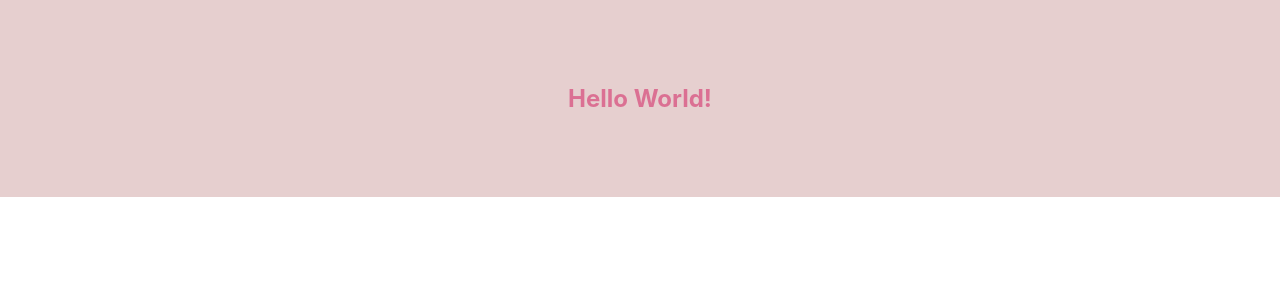
Repository: luizdanielmlima/my-website-react
Page: /
These files come from the project's save history. The page is drawn as it stood at one moment and after the next save; the edit follows.
The browser window is 1280 px wide. The pictures show the whole page.
The project was rebuilt for these pictures with package versions that can differ from the ones it lists, and the page was loaded fresh each time. Also part of the build but not shown: src/App.css.

Above is the page before, as saved 2023-01-31 16:21:36.

After the next save:
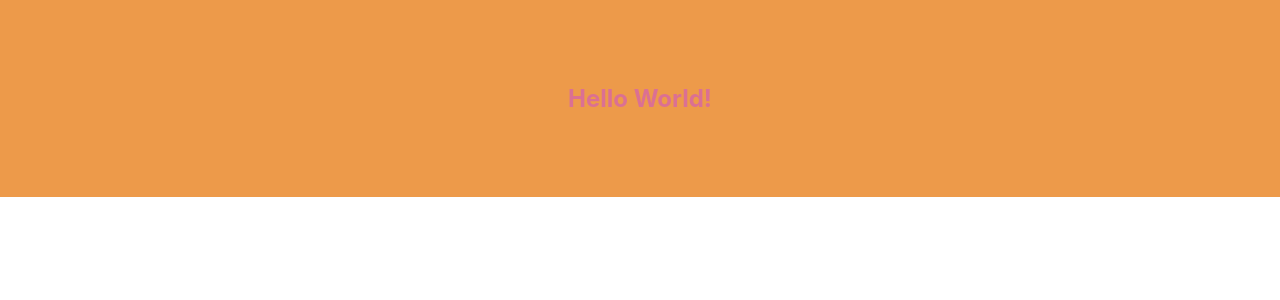
Saved 3 min 29 s later.
--- a/src/App.tsx
+++ b/src/App.tsx
@@ -5,7 +5,13 @@
 
 const websiteTheme = {
   colors: {
-    primary: '#e6cfcf',
+    primary: '#ed9a4a',
+    secondary: '#bc252c',
+    tertiary: '#e6af2e',
+    bg: '#f4e1b7',
+    bgDark: '#302d2a',
+    dark: '#1d1c1b',
+    menuHeight: '80px',
   },
 };
 
